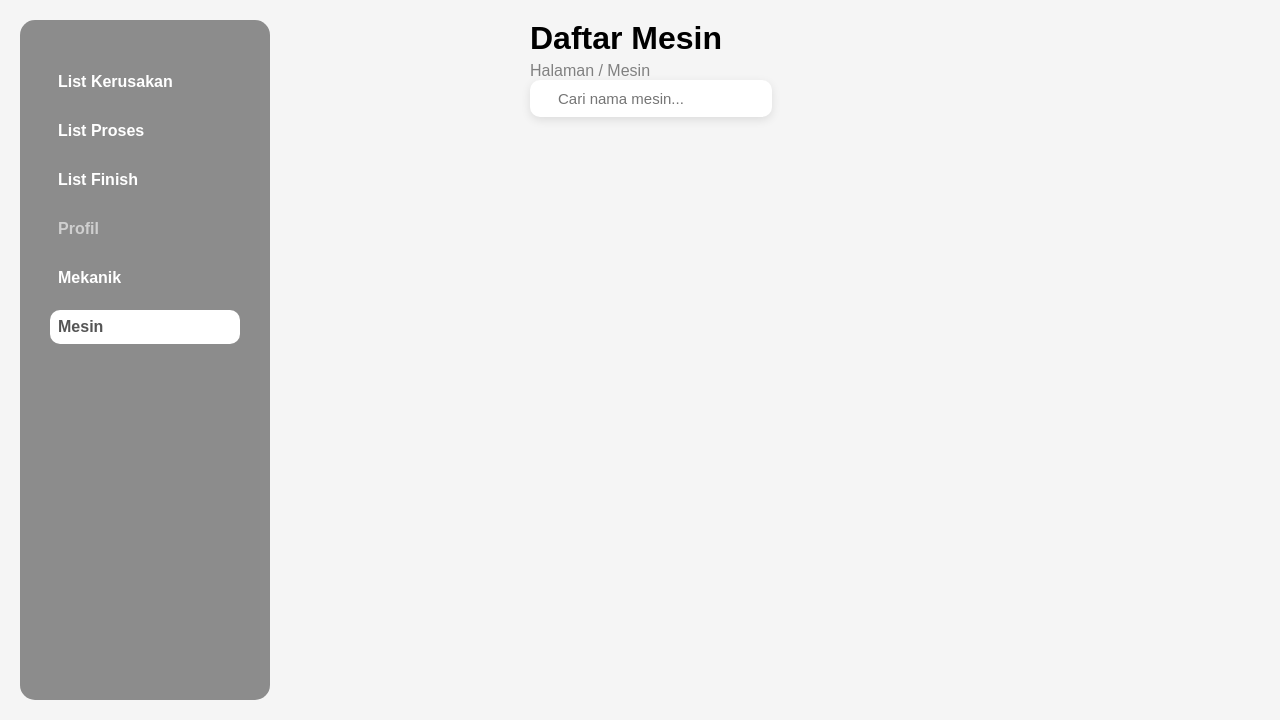
Repository: 1rHub/maintenance
Page: http://localhost/mesin.php
These files come from the project's save history. The page is drawn as it stood at one moment and after a run of saves; the edit follows.
The browser window is 1280 px wide. The pictures show the whole page.
The page is run by PHP 8.4 with error messages shown; the project is at /var/www/html/. Queries for data that is not in the repository find no rows.

Above is the page before, as saved 2025-10-19 04:01:52.

### mesin.php
<?php
include "koneksi.php";
include "sidebar.php";

// Ambil semua mesin
$result = mysqli_query($conn, "SELECT * FROM mesin ORDER BY nama_mesin ASC");
$mesin_list = mysqli_fetch_all($result, MYSQLI_ASSOC);
?>

<!DOCTYPE html>
<html lang="id">
<head>
    <meta charset="UTF-8">
    <title>Data Mesin</title>
    <link rel="stylesheet" href="assets/css/style.css">
    <style>
        /* Search bar */
        .search-box {
            width: 100%;
            max-width: 400px;
            margin-bottom: 15px;
            display: flex;
            align-items: center;
            background: white;
            border-radius: 10px;
            box-shadow: 0 3px 10px rgba(0,0,0,0.1);
            padding: 10px 15px;
        }

        .search-box input {
            flex: 1;
            border: none;
            outline: none;
            font-size: 15px;
            padding-left: 5px;
            background: transparent;
        }

        .search-box i {
            color: #39c6ed;
            font-size: 18px;
            margin-right: 8px;
        }

        /* Mesin cards */
        .mesin-list {
            display: grid;
            grid-template-columns: repeat(auto-fill, minmax(200px, 1fr));
            gap: 18px;
            margin-top: 15px;
        }

        .mesin-card {
            background: white;
            border-radius: 12px;
            padding: 18px;
            text-align: center;
            font-weight: 600;
            color: #333;
            box-shadow: 0 3px 10px rgba(0,0,0,0.1);
            cursor: pointer;
            transition: all 0.25s ease;
        }

        .mesin-card:hover {
            background: #39c6ed;
            color: white;
            transform: translateY(-4px);
            box-shadow: 0 5px 15px rgba(57,198,237,0.4);
        }

        /* Popup Riwayat */
        #popupRiwayatMesin .popup-content {
            width: 90%;
            max-width: 900px;
            max-height: 85vh;
            overflow-y: auto;
        }

        #popupRiwayatMesin table {
            width: 100%;
            border-collapse: collapse;
            margin-top: 15px;
        }

        #popupRiwayatMesin th, #popupRiwayatMesin td {
            border: 1px solid #ccc;
            padding: 8px;
            font-size: 13px;
            text-align: left;
        }

        #popupRiwayatMesin thead {
            background: #39c6ed;
            color: white;
        }

        #popupRiwayatMesin h2 {
            margin-bottom: 10px;
        }

        #popupRiwayatMesin p {
            text-align: center;
            font-size: 14px;
            color: #666;
            margin-top: 10px;
        }

        .breadcrump
    </style>
</head>
<body>
    <div class="mekanik-container">
        <h1>Daftar Mesin</h1>
        <p class="breadcrumb">Halaman / Mesin</p>

        <!-- 🔍 Search -->
        <div class="search-box">
            <i></i>
            <input type="text" id="searchMesin" placeholder="Cari nama mesin...">
        </div>

        <!-- 🧱 Daftar Mesin -->
        <div class="mesin-list" id="mesinList">
            <?php foreach ($mesin_list as $m): ?>
                <div class="mesin-card" onclick="openRiwayatMesin('<?= htmlspecialchars($m['nama_mesin']) ?>')">
                    <?= htmlspecialchars($m['nama_mesin']) ?>
                </div>
            <?php endforeach; ?>
        </div>
    </div>

    <!-- 📋 Popup Riwayat Mesin -->
    <div class="popup" id="popupRiwayatMesin">
        <div class="popup-content">
            <span class="close-btn" onclick="closeRiwayatMesin()">&times;</span>
            <h2 id="riwayatMesinTitle">Riwayat Mesin</h2>

            <table>
                <thead>
                    <tr>
                        <th>Tanggal</th>
                        <th>Pelapor</th>
                        <th>Divisi</th>
                        <th>Keterangan</th>
                        <th>Mekanik</th>
                        <th>Pesan Mekanik</th>
                        <th>Kategori</th>
                    </tr>
                </thead>
                <tbody id="riwayatMesinTable">
                    <tr><td colspan="7" style="text-align:center;">Pilih mesin untuk melihat riwayat.</td></tr>
                </tbody>
            </table>
        </div>
    </div>

    <script>
        // 🔍 Live search mesin
        document.getElementById('searchMesin').addEventListener('input', function() {
            const query = this.value.toLowerCase();
            const cards = document.querySelectorAll('.mesin-card');
            cards.forEach(card => {
                const nama = card.textContent.toLowerCase();
                card.style.display = nama.includes(query) ? 'block' : 'none';
            });
        });

        // 📋 Buka popup riwayat mesin
        function openRiwayatMesin(namaMesin) {
            const popup = document.getElementById('popupRiwayatMesin');
            const tbody = document.getElementById('riwayatMesinTable');
            document.getElementById('riwayatMesinTitle').textContent = `Riwayat Mesin: ${namaMesin}`;
            popup.style.display = 'flex';

            fetch(`riwayat_mesin.php?nama=${encodeURIComponent(namaMesin)}`)
                .then(res => res.json())
                .then(data => {
                    tbody.innerHTML = "";
                    if (data.length === 0) {
                        tbody.innerHTML = "<tr><td colspan='7' style='text-align:center;'>Belum ada riwayat perbaikan.</td></tr>";
                        return;
                    }
                    data.forEach(item => {
                        const tr = document.createElement("tr");
                        tr.innerHTML = `
                            <td>${item.tanggal}</td>
                            <td>${item.nama}</td>
                            <td>${item.divisi}</td>
                            <td>${item.pesan}</td>
                            <td>${item.nama_mekanik || '-'}</td>
                            <td>${item.pesan_mekanik || '-'}</td>
                            <td>${item.kategori}</td>
                        `;
                        tbody.appendChild(tr);
                    });
                })
                .catch(() => {
                    tbody.innerHTML = "<tr><td colspan='7' style='text-align:center;'>Gagal memuat data.</td></tr>";
                });
        }

        function closeRiwayatMesin() {
            document.getElementById('popupRiwayatMesin').style.display = 'none';
        }
    </script>
</body>
</html>

### koneksi.php
<?php
$host = "localhost";
$user = "root";
$pass = "";
$db   = "db_laporan";

$conn = new mysqli($host, $user, $pass, $db);

if ($conn->connect_error) {
    die("Koneksi gagal: " . $conn->connect_error);
}
?>

### sidebar.php
<?php

$current_page = basename($_SERVER['PHP_SELF']);
?>

<head>
    <link rel="stylesheet" href="assets/css/style.css">
</head>
<div class="sidebar">
    <ul class="menu">
        <li>
            <a href="dashboard_laporan.php" class="<?= $current_page == 'dashboard_laporan.php' ? 'active' : '' ?>">
                List Kerusakan
            </a>
        </li>
        <li>
            <a href="list_proses.php" class="<?= $current_page == 'list_proses.php' ? 'active' : '' ?>">
                List Proses
            </a>
        </li>
        <li>
            <a href="list_finish.php" class="<?= $current_page == 'list_finish.php' ? 'active' : '' ?>">
                List Finish
            </a>
        </li>
        <li>
            <a href="#" class="disabled">Profil</a>
        </li>
        <li>
            <a href="mekanik.php" class="<?= $current_page == 'mekanik.php' ? 'active' : '' ?>">
                Mekanik
            </a>
        </li>
        <li>
            <a href="mesin.php" class="<?= $current_page == 'mesin.php' ? 'active' : '' ?>">
                Mesin
            </a>
        </li>
    </ul>
    <?php if ($current_page == 'dashboard_laporan.php'): ?>
        <button class="register-btn" onclick="openPopup()">Registrasi Laporan</button>
    <?php endif; ?>
</div>

### assets/css/style.css
* {
	margin: 0;
	padding: 0;
	box-sizing: border-box;
}

body {
	font-family: -apple-system, BlinkMacSystemFont, 'Segoe UI', Roboto, Oxygen, Ubuntu, Cantarell, sans-serif;
	background-color: #f5f5f5;
	display: flex;
	height: 100vh;
}

.sidebar {
	width: 250px;
	background-color: #8c8c8c;
	padding: 30px;
	display: flex;
	flex-direction: column;
	justify-content: space-between;
	border-radius: 15px;
	margin: 20px;
}

.menu {
	list-style: none;
}

.menu li {
	margin: 15px 0;
}

.menu a {
	text-decoration: none;
	font-weight: bold;
	font-size: 16px;
	color: white;
	display: block;
	padding: 8px 8px;
	border-radius: 10px;
}

.menu a.active {
	background-color: white;
	color: #555;
}

.menu a.disabled {
	color: #cfcfcf;
	pointer-events: none;
}

.register-btn {
	background-color: white;
	border: none;
	padding: 10px;
	border-radius: 10px;
	font-weight: bold;
	cursor: pointer;
}

.main-content {
	flex: 1;
	padding: 40px;
}

.main-content h1 {
	font-size: 28px;
	font-weight: bold;
}

.main-content2 {
	margin-bottom: 38px;
}

.breadcrumb {
	margin-top: 5px;
	color: gray;
}

.popup {
  display: none;
  position: fixed;
  top: 0; left: 0;
  width: 100%;
  height: 100%;
  background: rgba(0,0,0,0.5);
  justify-content: center;
  align-items: center;
  z-index: 1000;
}

.popup-content {
  background: #fff;
  padding: 20px;
  border-radius: 12px;
  width: 400px;
  position: relative;
}

.close-btn {
    position: absolute;
    top: 10px;
    right: 15px;
    font-size: 20px;
    font-weight: bold;
    color: #555;
    cursor: pointer;
    z-index: 10000; /* pastikan di atas semua isi popup */
}

.close-btn:hover {
    color: #000;
}

.popup-content h2 {
	margin-bottom: 15px;
}

.popup-content label {
	display: block;
	margin-top: 10px;
	font-weight: bold;
}

.popup-content input,
.popup-content select,
.popup-content textarea {
	width: 100%;
	padding: 8px;
	margin-top: 5px;
	border-radius: 5px;
	border: 1px solid #ccc;
}

.popup-content button {
	margin-top: 15px;
	padding: 10px;
	border: none;
	border-radius: 8px;
	background: #8c8c8c;
	color: white;
	font-weight: bold;
	cursor: pointer;
}

.hapus-float-btn {
	position: fixed;
	bottom: 25px;
	right: 25px;
	background-color: #e74c3c;
	color: white;
	padding: 12px 18px;
	border: none;
	border-radius: 8px;
	cursor: pointer;
	font-size: 15px;
	box-shadow: 0 4px 12px rgba(0, 0, 0, 0.2);
	transition: all 0.25s ease;
	z-index: 1000;
}

.hapus-float-btn:hover {
	background-color: #c0392b;
	transform: scale(1.05);
}

table {
	font-size: 12px;
	margin-top: 20px;
	width: 100%;
	border-collapse: collapse;
}

table thead {
	background: #39c6ed;
}

table,
th,
td {
	border: 1px solid #ccc;
}

th,
td {
	padding: 10px;
	text-align: left;
}

.filter {
	display: flex;
	align-items: center;
	gap: 15px;
	margin-top: 20px;
	margin-bottom: 15px;
}

.filter label {
	font-weight: bold;
}

.filter input[type="date"],
.filter select {
	padding: 5px 10px;
	border: 1px solid #ccc;
	border-radius: 6px;
	cursor: pointer;
}

.filter button {
	background-color: #39c6ed;
	color: white;
	border: none;
	border-radius: 6px;
	padding: 6px 12px;
	cursor: pointer;
	transition: 0.2s;
}

.filter button:hover {
	background-color: #666;
}

.success {
	color: green;
	font-weight: bold;
	margin-top: 10px;
}

.warning {

	color: #ff0000;
	font-weight: bold;
	margin-top: 10px;
}

.kategori {
	font-weight: bold;
	padding: 6px;
	border-radius: 6px;
	color: #fff;
	text-align: center;
}

.kategori.biasa {
	display: list-item;
	margin-top: 3px;
	color: #29b513;

}

.kategori.sedang {
	display: list-item;
	margin-top: 3px;
	color: #efae15;
}

.kategori.urgent {
	display: list-item;
	margin-top: 3px;
	color: #e74c3c;
}

#laporanTable a {
	color: inherit;
	text-decoration: none;
	cursor: pointer;
}

.popup {
	display: none;
	position: fixed;
	z-index: 999;
	left: 0;
	top: 0;
	width: 100%;
	height: 100%;
	background-color: rgba(0, 0, 0, 0.4);
	justify-content: center;
	align-items: center;
}

.popup-content {
	background: #fff;
	padding: 25px;
	border-radius: 10px;
	box-shadow: 0 8px 20px rgba(0, 0, 0, 0.2);
	animation: fadeIn 0.2s ease-in-out;
}

.close-btn {
	float: right;
	cursor: pointer;
	font-size: 22px;
	color: #888;
}

.close-btn:hover {
	color: #333;
}

@keyframes fadeIn {
	from {
		opacity: 0;
		transform: scale(0.9);
	}

	to {
		opacity: 1;
		transform: scale(1);
	}
}

a {
	color: inherit;
	text-decoration: none;
}

a:hover {
	text-decoration: underline;
}

.mekanik-list {
	display: flex;
	flex-direction: column;
	gap: 8px;
	margin-top: 10px;
}

.mekanik-item {
	display: flex;
	align-items: center;
	gap: 10px;
}

.mekanik-item label {
	font-weight: 400;
	color: #000000;
	cursor: pointer;
}

.mekanik-item input[type="checkbox"] {
	width: 18px;
	height: 18px;
	accent-color: #555;
	cursor: pointer;
}

.header-container {
	display: flex;
	justify-content: space-between;
	align-items: center;
}

.menu-opsi {
	position: relative;
	display: inline-block;
}

.menu-btn {
	background: none;
	border: none;
	font-size: 22px;
	cursor: pointer;
	padding: 5px;
	color: #333;
}

.dropdown-menu {
	display: none;
	position: absolute;
	right: 0;
	top: 30px;
	background-color: white;
	border: 1px solid #ddd;
	border-radius: 6px;
	box-shadow: 0 5px 15px rgba(0, 0, 0, 0.1);
	z-index: 100;
	width: 180px;
}

.dropdown-menu button {
	width: 100%;
	border: none;
	background: none;
	padding: 10px;
	text-align: left;
	cursor: pointer;
	font-size: 14px;
}

.dropdown-menu button:hover {
	background-color: #f0f0f0;
}

.status.ditunda {
	font-style: italic;
}

.temp-alert {
	position: fixed;
	top: 80px;
	right: 30px;
	background-color: 1;
	color: #2c3e50;
	padding: 12px 20px;
	border-radius: 6px;
	box-shadow: 0 4px 10px rgba(0, 0, 0, 0.15);
	font-size: 14px;
	z-index: 2000;
	opacity: 1;
	transition: opacity 0.5s ease;
}

/* Warna untuk jenis alert berbeda */
.temp-alert.warning {
	color: rgb(255, 196, 0);
}

.temp-alert.success {
	background-color: #27ae60;
	color: white;
}

.temp-alert.error {
	background-color: #e74c3c;
	color: white;
}

.temp-alert.info {
	background-color: #3498db;
	color: white;
}

.laporan-header {
	text-align: center;
	margin-bottom: 20px;
}

.laporan-header img {
	width: 250px;
	height: auto;
	margin-bottom: 10px;
}

.laporan-header h2 {
	margin: 0;
	font-size: 15px;
	color: #333;
}

.filter {
	margin-bottom: 15px;
}

/* Sembunyikan elemen ini saat mencetak */
@media print {

	.filter,
	.menu-opsi,
	.sidebar {
		display: none !important;
	}

	.main-content {
		margin-left: 0;
	}
}

#noData {
	display: none;
	text-align: center;
	color: #000000ff;
	font-size: 12px;
	margin-top: 30px;
}

body { font-family: Arial, sans-serif; }
        .mekanik-container { margin-left: 220px; padding: 20px; }
        .mekanik-list {
            display: grid;
            grid-template-columns: repeat(auto-fill, minmax(220px, 1fr));
            gap: 16px;
            margin-top: 20px;
        }
        .mekanik-card {
            background: white;
            border-radius: 10px;
            box-shadow: 0 5px 15px rgba(0,0,0,0.1);
            padding: 16px;
            text-align: center;
            transition: 0.3s;
            cursor: pointer;
        }
        .mekanik-card:hover {
            background: #39c6ed;
            color: white;
            transform: translateY(-3px);
        }
        .editable {
            border: none;
            background: transparent;
            text-align: center;
            width: 100%;
            font-size: 16px;
            font-weight: 500;
            outline: none;
            cursor: pointer;
        }
        .float-btn {
            position: fixed;
            bottom: 25px;
            right: 25px;
            background: #39c6ed;
            color: white;
            border: none;
            border-radius: 50%;
            width: 55px;
            height: 55px;
            font-size: 28px;
            cursor: pointer;
            box-shadow: 0 5px 15px rgba(0,0,0,0.3);
        }
        .popup {
            display: none;
            position: fixed;
            top: 0; left: 0;
            width: 100%; height: 100%;
            background-color: rgba(0,0,0,0.4);
            justify-content: center;
            align-items: center;
            z-index: 999;
        }
        .popup-content {
            background: white;
            padding: 20px;
            border-radius: 10px;
            width: 600px;
            max-height: 80vh;
            overflow-y: auto;
            animation: fadeIn 0.3s ease;
        }
        @keyframes fadeIn {
            from { opacity: 0; transform: translateY(-10px); }
            to { opacity: 1; transform: translateY(0); }
        }
        .popup-content table {
            width: 100%;
            border-collapse: collapse;
        }
        .popup-content th, .popup-content td {
            border: 1px solid #ccc;
            padding: 8px;
            text-align: center;
        }
        .btn-row {
            margin-top: 20px;
            display: flex;
            justify-content: flex-end;
            gap: 10px;
        }
        .hapus-btn {
            background: #e74c3c !important;
            border: none;
            color: white;
            padding: 8px 16px;
            border-radius: 6px;
            cursor: pointer;
            font-size: 15px;
        }
        .edit-btn {
            background: #39c6ed !important;
            border: none;
            color: white;
            padding: 8px 16px;
            border-radius: 6px;
            cursor: pointer;
            font-size: 15px;
        }
        .close-btn { float: right; cursor: pointer; font-size: 20px; }
        #editNamaInput {
            display: none;
            width: 80%;
            padding: 6px;
            margin-top: 8px;
            border-radius: 5px;
            border: 1px solid #ccc;
            text-align: center;
        }

After the next 6 saves:
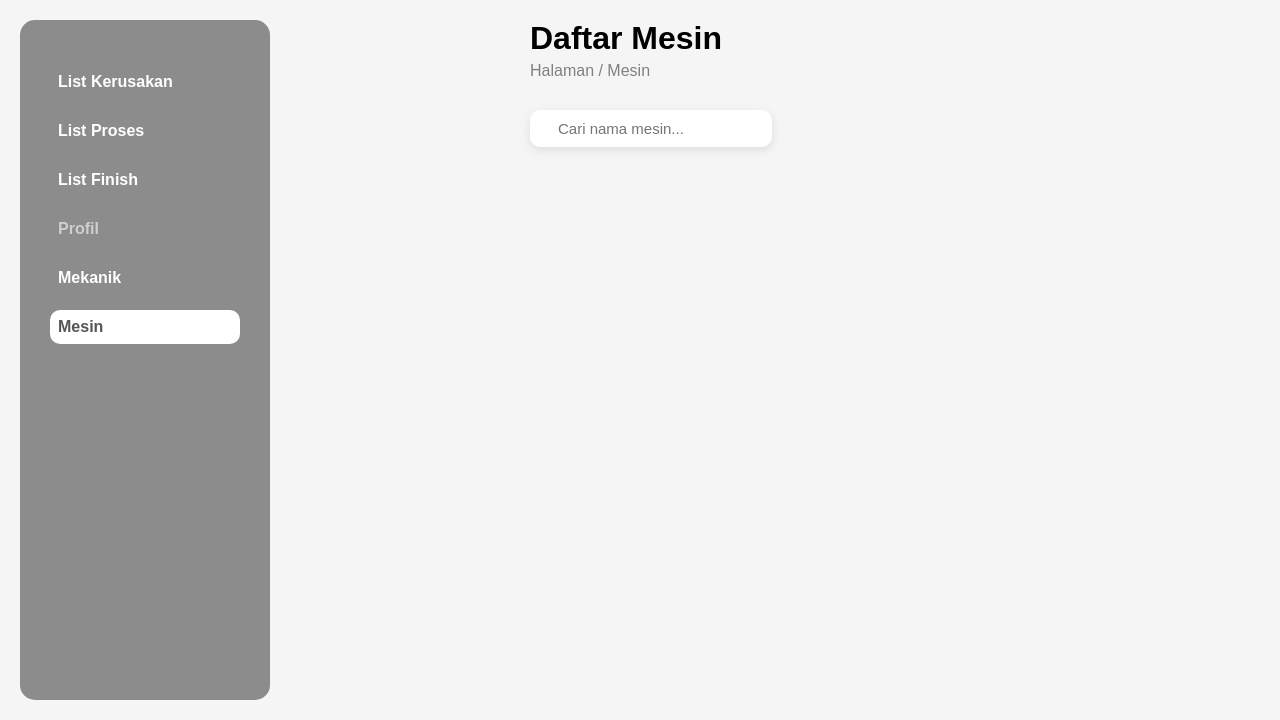
The 6 saves are shown as one change because they came seconds apart.
The last was saved 40 s later.
--- a/mesin.php
+++ b/mesin.php
@@ -106,7 +106,9 @@ $mesin_list = mysqli_fetch_all($result, MYSQLI_ASSOC);
             margin-top: 10px;
         }
 
-        .breadcrump
+        .breadcrumb {
+            padding-bottom: 30px;
+        }
     </style>
 </head>
 <body>
